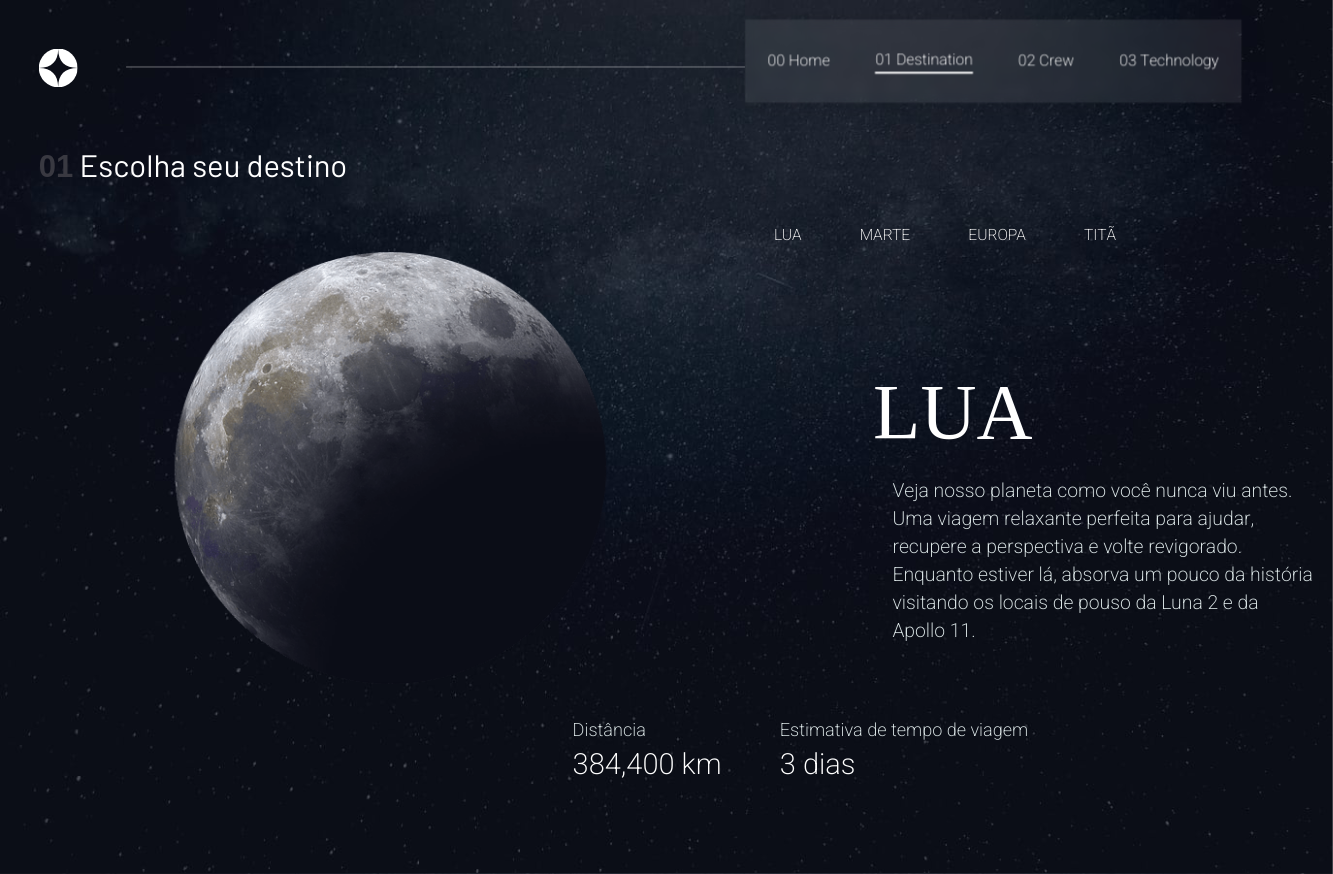
Repository: Leonngc/space-site
Page: space-tourism-website-main/space-tourism-website-main/starter-code/destination-moon.html
An editor plug-in stored every save of this project. The page is shown before and after the next save, followed by the edit.
The browser window is 1280 px wide. The page is 1374 px wide, so the pictures cover 1374 px, including what lies to the right of the window. The pictures show the whole page, at 97% of full size.

Above is the page before, as saved 2023-04-30 00:47:14.

After the next save:
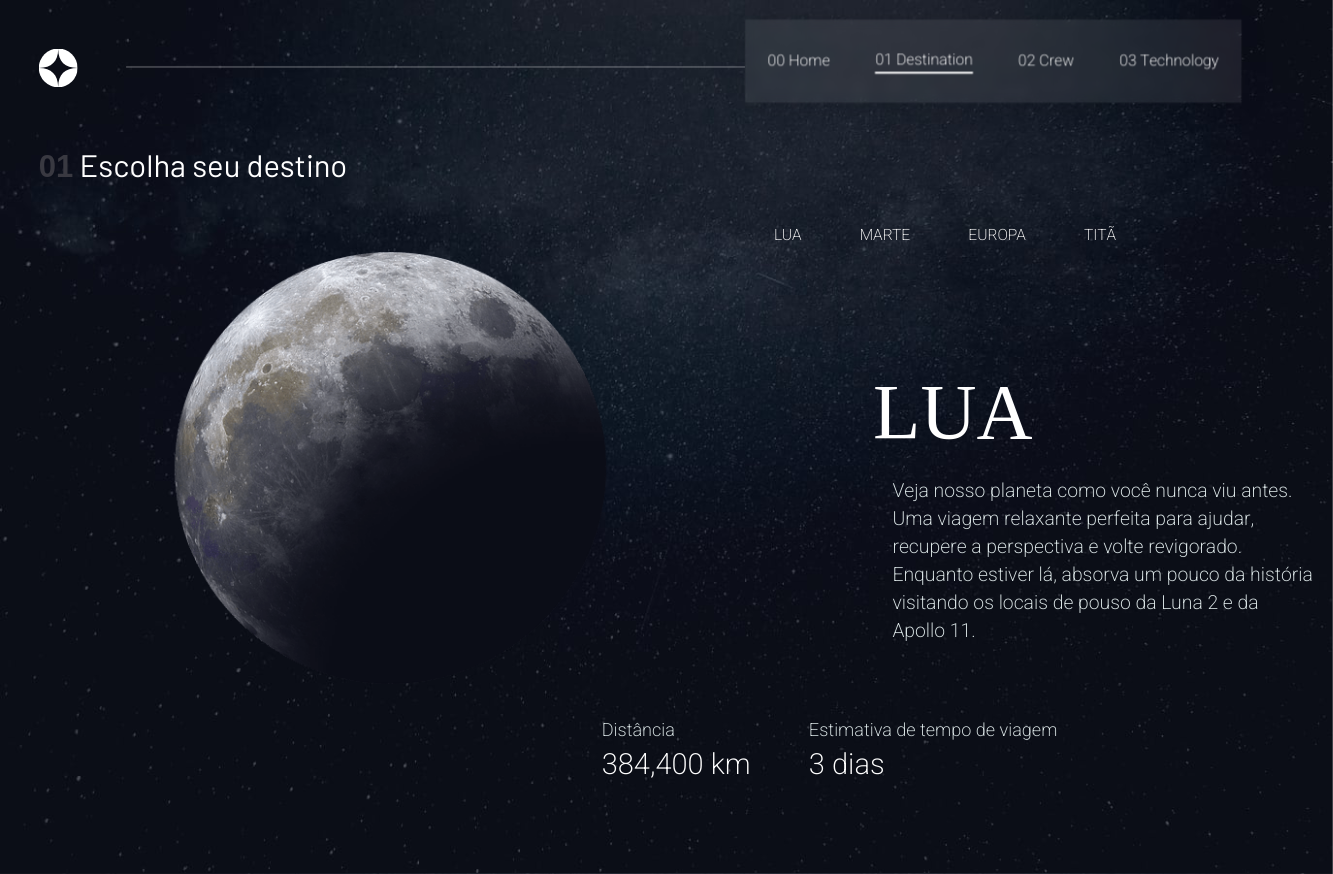
Saved 10 s later.
--- a/space-tourism-website-main/space-tourism-website-main/starter-code/styles/destination.css
+++ b/space-tourism-website-main/space-tourism-website-main/starter-code/styles/destination.css
@@ -88,7 +88,7 @@ strong{
     padding: 0px;
     flex-wrap: wrap;
     margin-bottom: 90px;
-    margin-right: 190px;
+    margin-right: 160px;
 }
 
 .info-travel{
